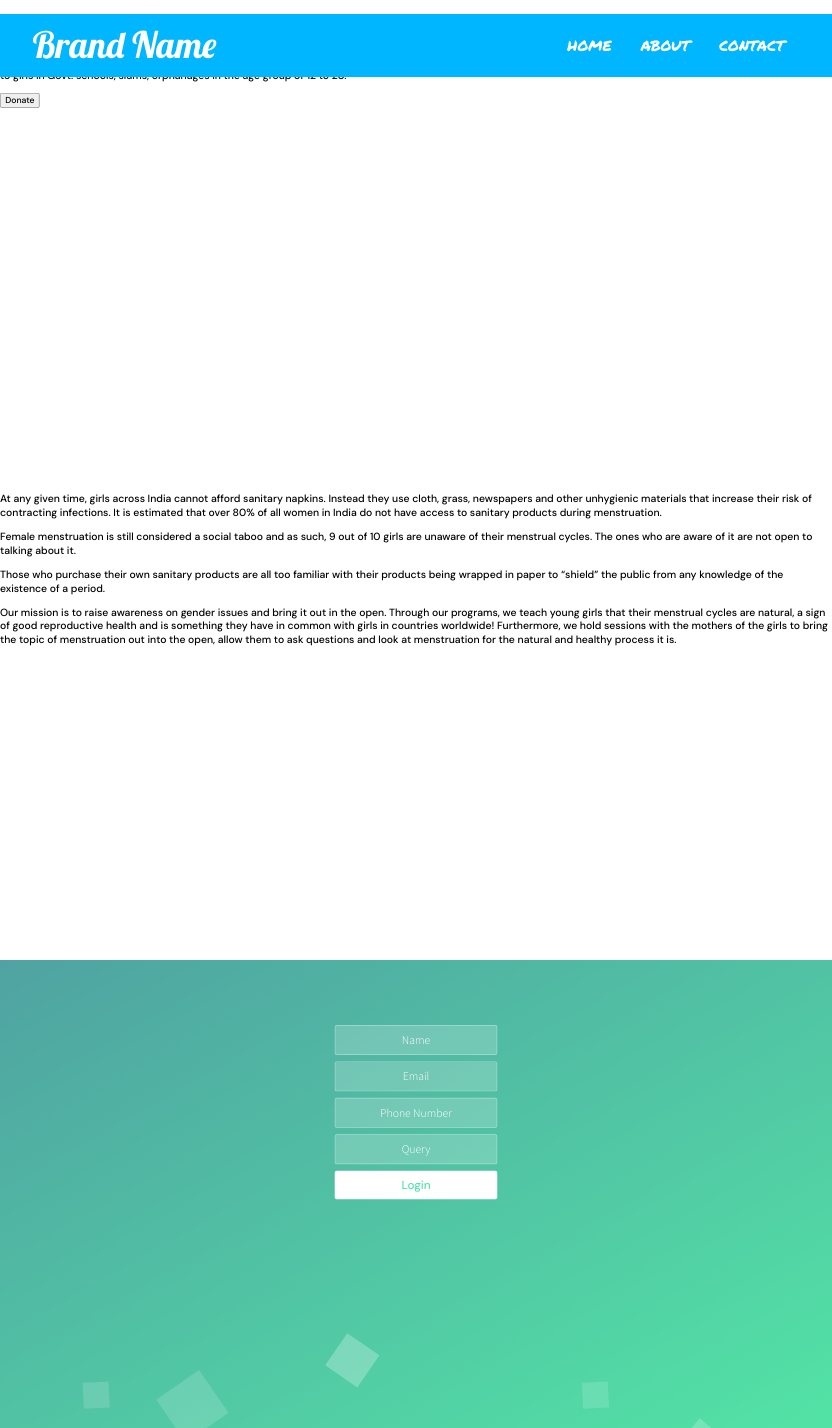
Repository: Jrap-bit/PeriodofSharing
Page: index.html
These files come from the project's save history. The page is drawn as it stood at one moment and after the next save; the edit follows.
The browser window is 1280 px wide. The pictures show the whole page, at 65% of full size.

Above is the page before, as saved 2022-01-14 00:22:18.

After the next save:
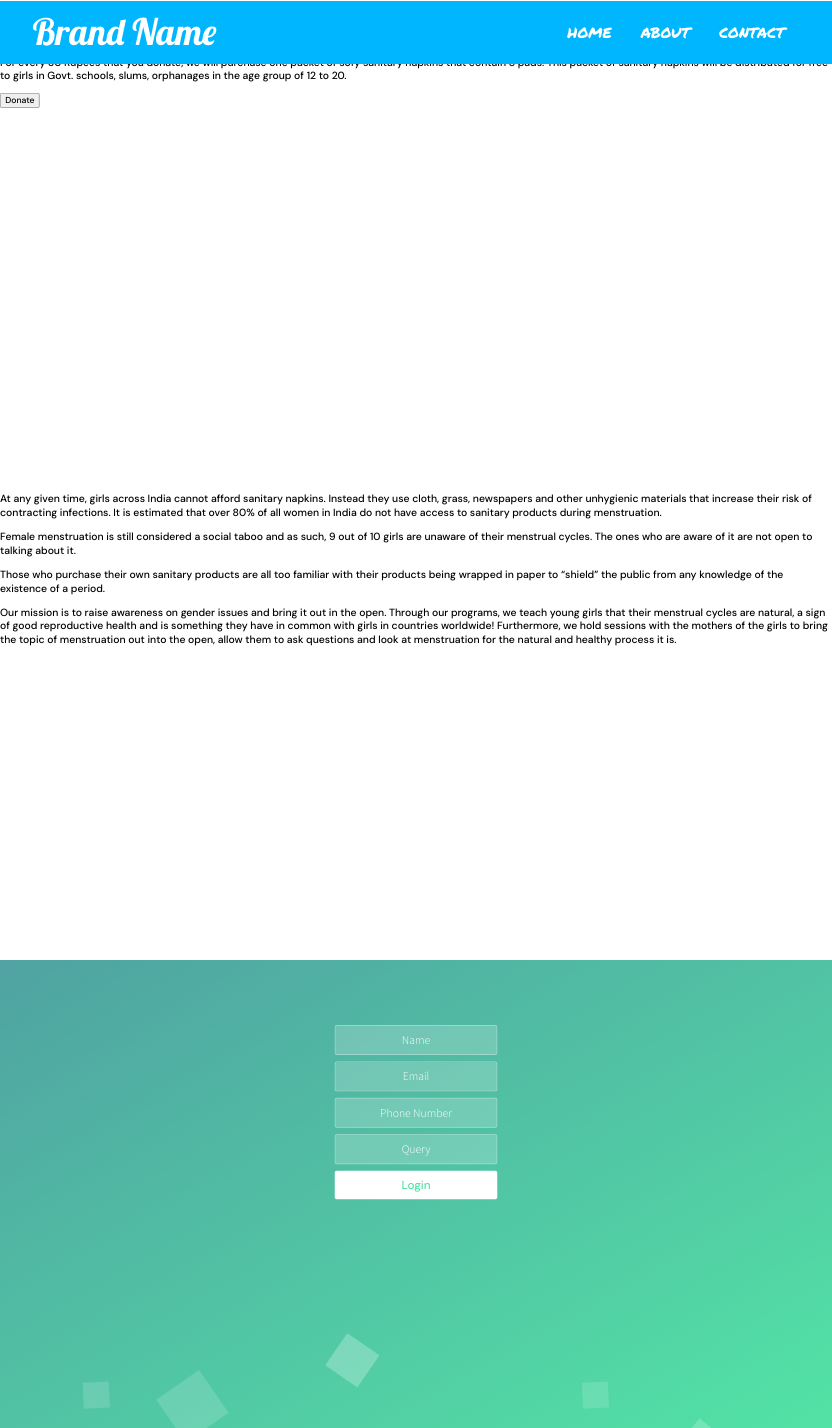
Saved 4 s later.
--- a/style.css
+++ b/style.css
@@ -220,7 +220,7 @@ html{
     background-color: rgb(0, 183, 255);
     color: white;
     width: 100%;
-    margin-top: 0px;
+    margin-top: -20px;
     position: fixed;
 }
 
